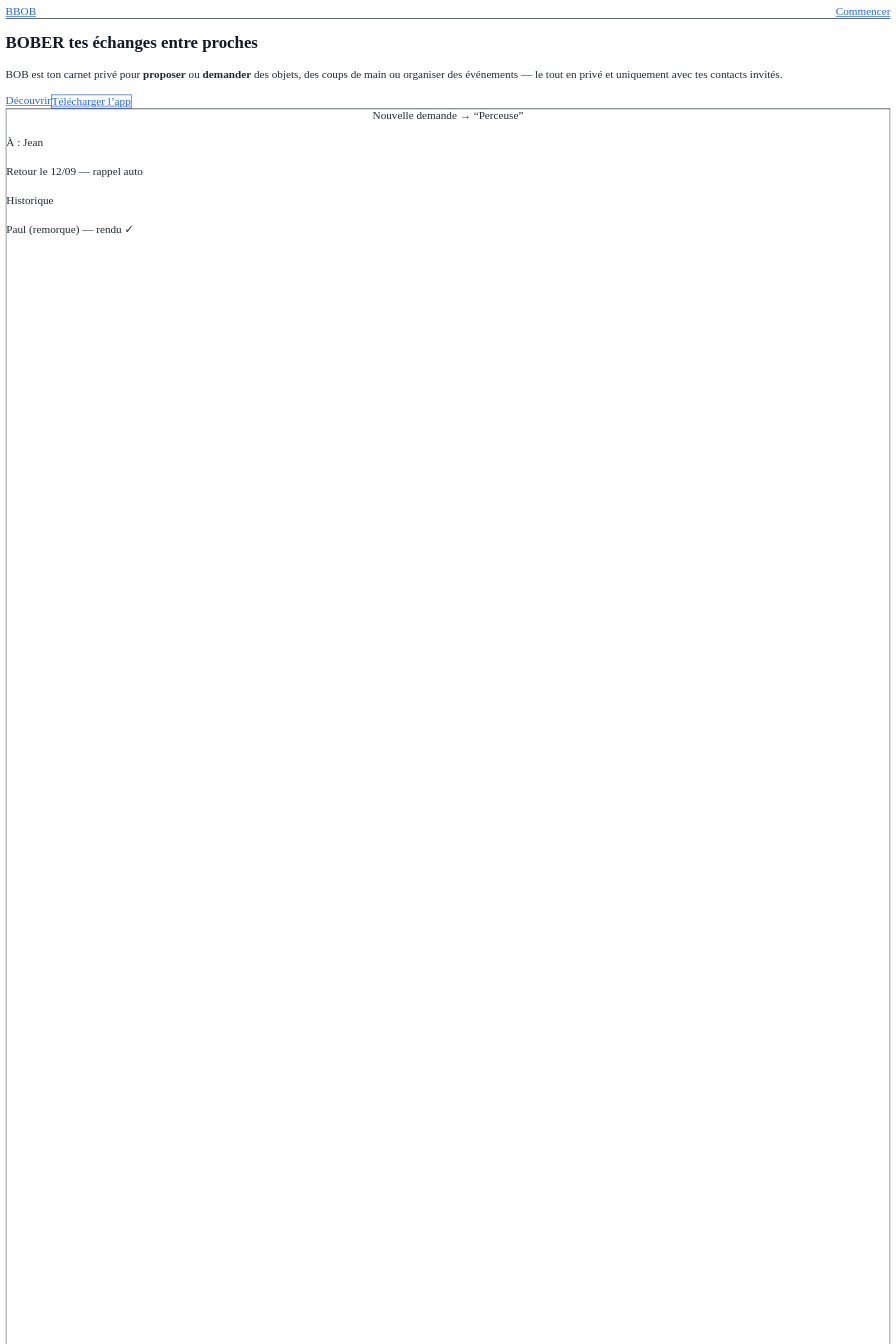
Repository: JeanCharlesMEILLAND/new-bob
Page: /
These files come from the project's save history. The page is drawn as it stood at one moment and after the next save; the edit follows.
The browser window is 1280 px wide. The pictures show the part of the page from y = 0 to 1920 px (the page is 3439 px tall before and 3028 px after), at 70% of full size.
The project was rebuilt for these pictures with package versions that can differ from the ones it lists, and the page was loaded fresh each time. The framework's server and built-in components were replaced by stand-ins that run in the browser. Also part of the build but not shown: next.config.ts.

Above is the page before, as saved 2025-08-12 00:06:40.

After the next save:
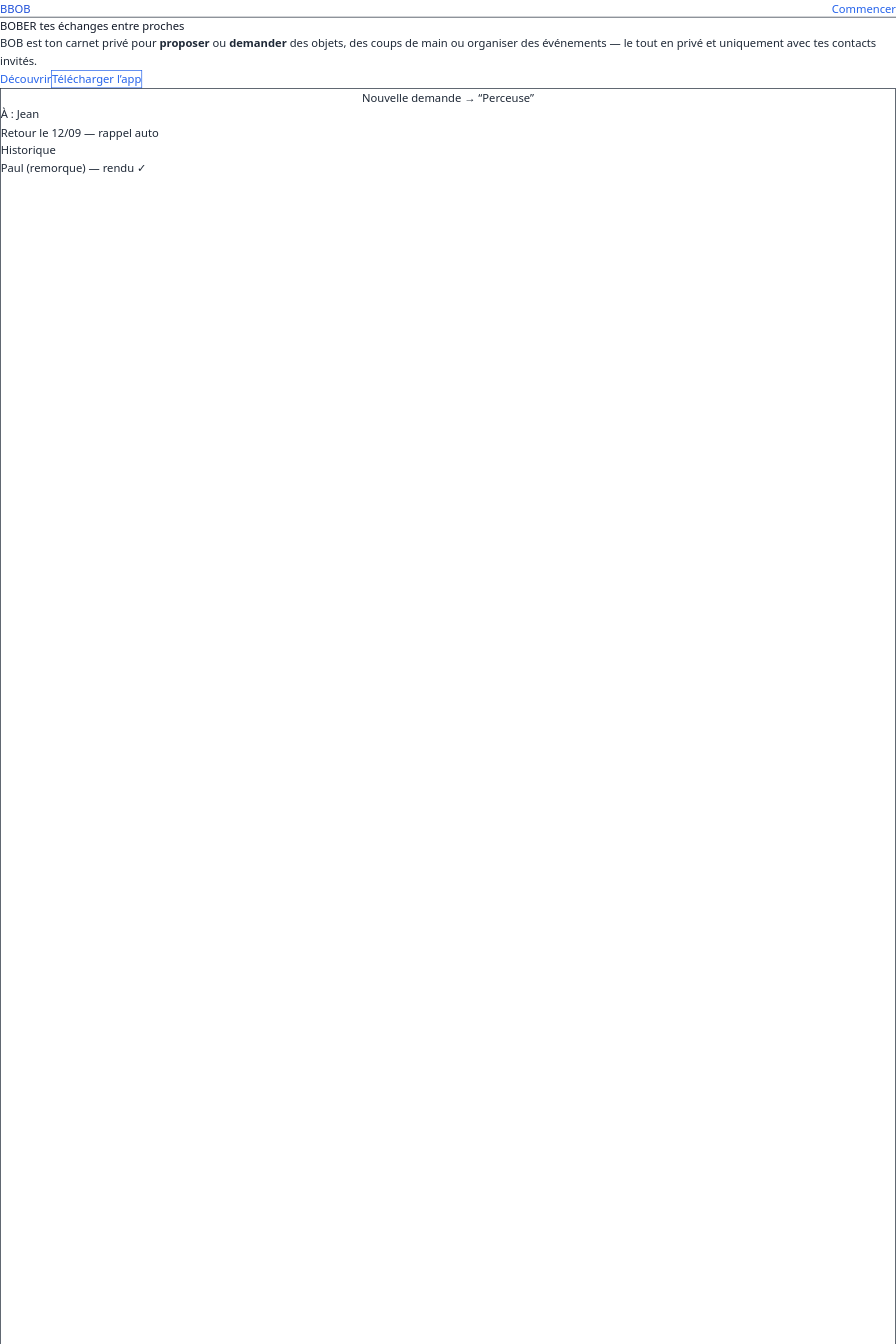
Saved 22 s later.
--- a/src/app/globals.css
+++ b/src/app/globals.css
@@ -1,5 +1,4 @@
-@tailwind base;
-@tailwind components;
+@import "tailwindcss/preflight";
 @tailwind utilities;
 
 /* Forcer un fond clair par défaut */

After the save that followed:
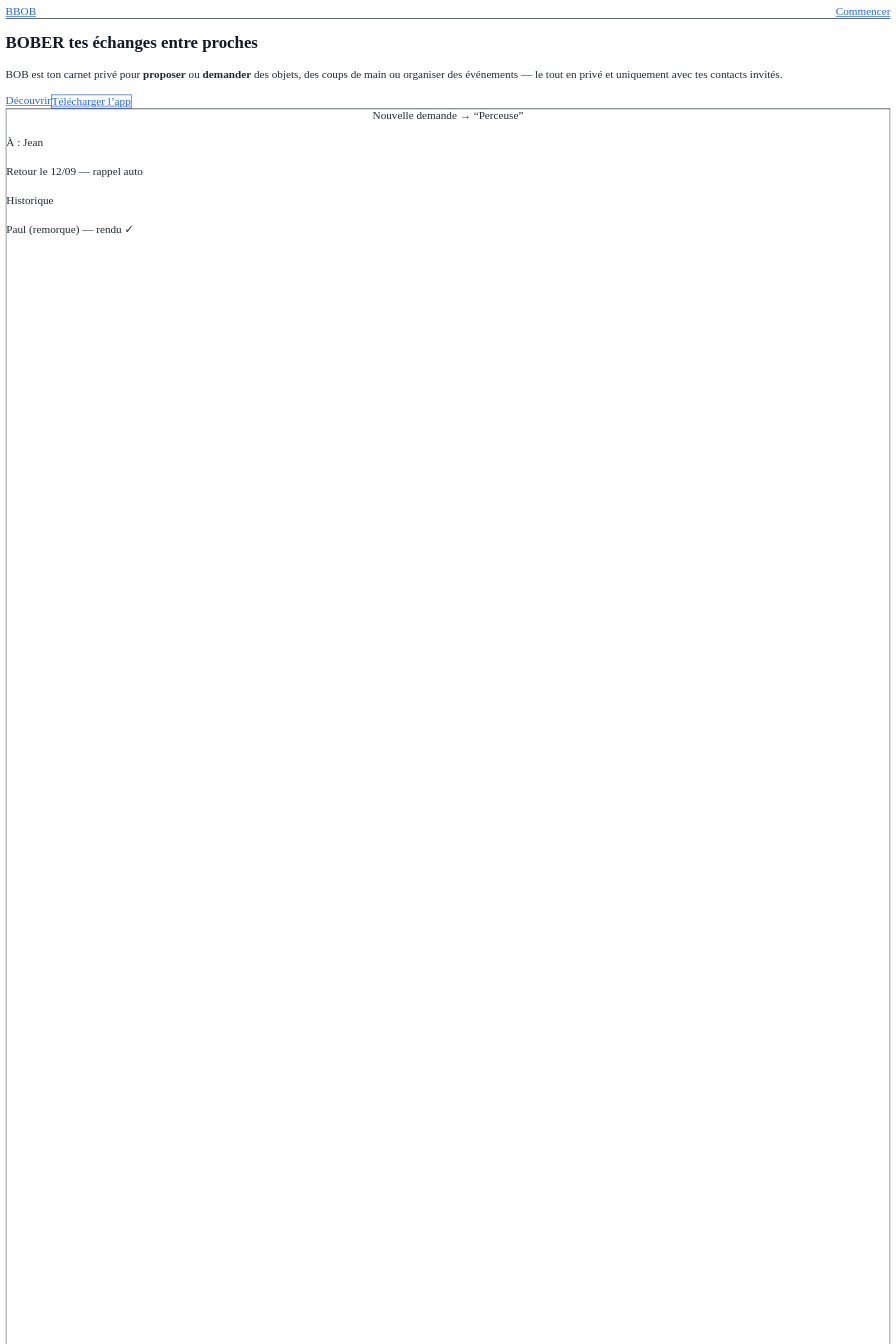
Saved 42 s later.
--- a/src/app/globals.css
+++ b/src/app/globals.css
@@ -1,4 +1,5 @@
-@import "tailwindcss/preflight";
+@tailwind base;
+@tailwind components;
 @tailwind utilities;
 
 /* Forcer un fond clair par défaut */
